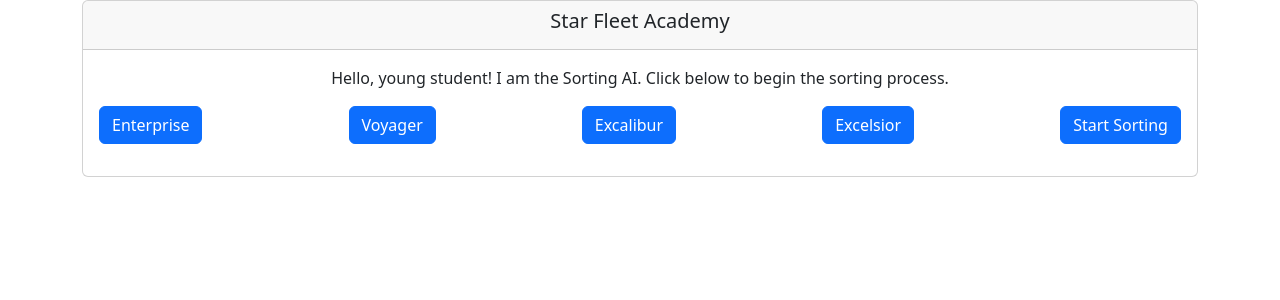
Repository: PaulPatterson48/ASSIGNMENT-StarFleet_academy
Page: index.html
An editor plug-in stored every save of this project. The page is shown before and after the next save, followed by the edit.
The browser window is 1280 px wide. The pictures show the whole page.

Above is the page before, as saved 2023-08-05 02:21:39.
Console error: ReferenceError: buttonFilter is not defined

After the next save:
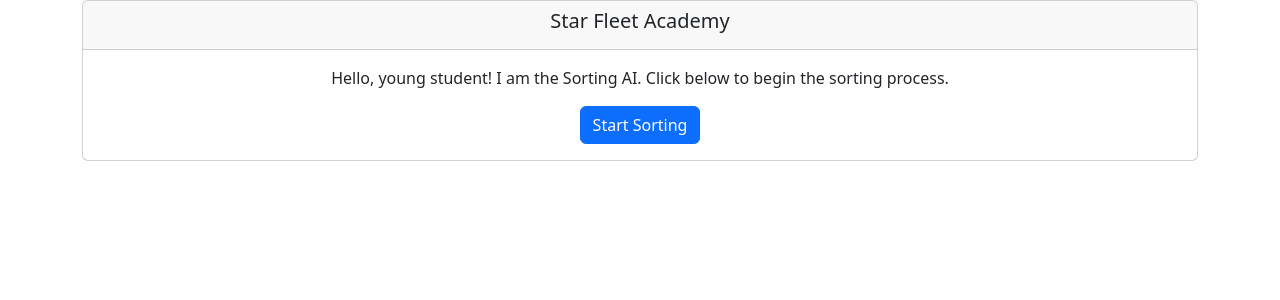
Console error: TypeError: Cannot read properties of null (reading 'addEventListener')
Saved 55 s later.
--- a/index.html
+++ b/index.html
@@ -15,11 +15,11 @@
       </div>
       <div class="card-body">
         <p>Hello, young student! I am the Sorting AI. Click below to begin the sorting process.</p>
-        <div id="btnRow" class="d-flex justify-content-between mb-3 btnRow">
+        <!-- <div id="btnRow" class="d-flex justify-content-between mb-3 btnRow">
         <button id="enterpriseBtn" type="submit" class="btn btn-primary">Enterprise</button>
         <button id="voyagerBtn" type="submit" class="btn btn-primary">Voyager</button>
         <button id="excaliburBtn" type="submit" class="btn btn-primary">Excalibur</button>
-        <button id="excelsiorBtn" type="submit" class="btn btn-primary">Excelsior</button>
+        <button id="excelsiorBtn" type="submit" class="btn btn-primary">Excelsior</button> -->
         <button id="startSortingBtn" class="btn btn-primary">Start Sorting</button>
       </div>
       </div>
